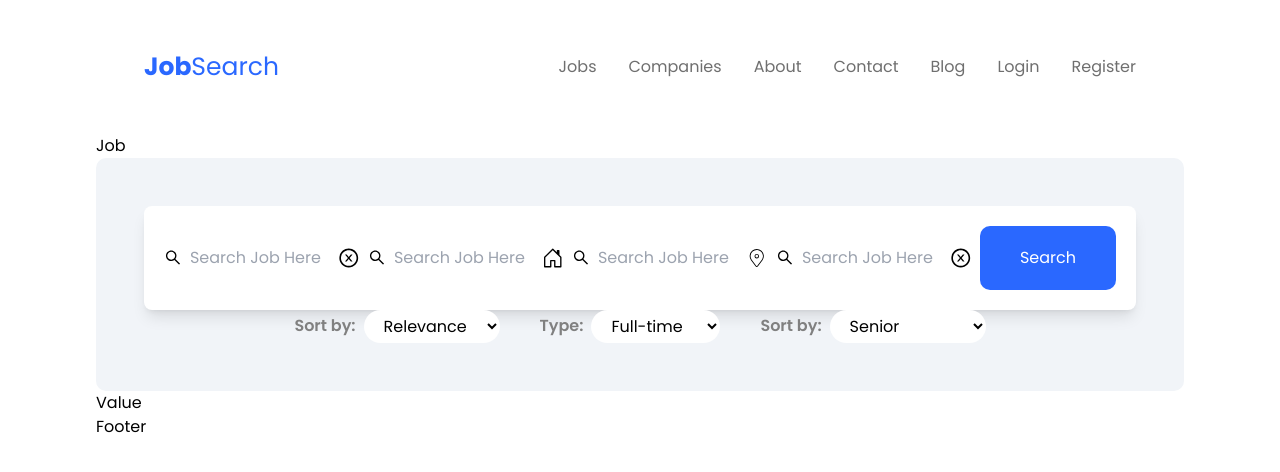
Repository: countaustin1990/Job-Search-website
Page: / (app in vite-project/)
An editor plug-in stored every save of this project. The page is shown before and after the next save, followed by the edit.
The browser window is 1280 px wide. The pictures show the whole page.
The project was rebuilt for these pictures with package versions that can differ from the ones it lists, and the page was loaded fresh each time. Also part of the build but not shown: vite-project/vite.config.js.

Above is the page before, as saved 2023-08-12 18:11:08.

### vite-project/index.html
<!doctype html>
<html lang="en">
  <head>
    <meta charset="UTF-8" />
    <link rel="icon" type="image/svg+xml" href="/vite.svg" />
    <meta name="viewport" content="width=device-width, initial-scale=1.0" />
    <title>Vite + React</title>
  </head>
  <body>
    <div id="root"></div>
    <script type="module" src="/src/main.jsx"></script>
  </body>
</html>

### vite-project/src/App.jsx
import NavBar from './components/NavBar'
import Job from './components/Job'
import Value from './components/Value'
import Search from './components/Search'
import Footer from './components/Footer'

const App = () => {
  return(
    <div className='w-[85%] m-auto bg-white'>
      <NavBar/>
      <Job/>
      <Search/>
      <Value/>
      <Footer/>
    </div>
  )
}



export default App

### vite-project/src/index.css
@import url("https://fonts.googleapis.com/css2?family=Poppins:wght@200;300;400;500;600;700;800;900&display=swap");

@tailwind base;
@tailwind components;
@tailwind utilities;

:root{
  font-family: 'Poppins', sans-serif;
}

body{
  background: white;
}

li{
  list-style: none;
  cursor: pointer;
  position: relative;
}

li:hover::before{
  position: absolute;
  content: '';
  height: 4px;
  width: 100%;
  background: #2a68ff;
  right: 0;
  bottom: -10px;
  color: #2a68ff;
}

.icon{
  cursor: pointer;
}

.card{
  background: #000;
}

### vite-project/src/components/NavBar.jsx


const NavBar = () => {
    return(
        <div className='navBar flex justify-between items-center p-[3rem]'>
            <div className="logoDiv">
                <h1 className='logo text-[25px] text-blueColor'>
                    <strong>Job</strong>Search
                </h1>
            </div>

            <div className="menu flex gap-8">
                <li className="menuList text-[#6f6f6f] hover:text-blueColor">Jobs</li>
                <li className="menuList text-[#6f6f6f] hover:text-blueColor">Companies</li>
                <li className="menuList text-[#6f6f6f] hover:text-blueColor">About</li>
                <li className="menuList text-[#6f6f6f] hover:text-blueColor">Contact</li>
                <li className="menuList text-[#6f6f6f] hover:text-blueColor">Blog</li>
                <li className="menuList text-[#6f6f6f] hover:text-blueColor">Login</li>
                <li className="menuList text-[#6f6f6f] hover:text-blueColor">Register</li>
            </div>

        </div>
    )
}

export default NavBar

### vite-project/src/components/Job.jsx


 const Job = () => {
    return(
        <div>Job</div>
    )
 }

 export default Job

### vite-project/src/components/Value.jsx


const Value = () => {
    return(
        <div>Value</div>
    )
}

export default Value

### vite-project/src/components/Search.jsx
import { AiOutlineCloseCircle, AiOutlineSearch,  } from 'react-icons/ai'
import { BsHouseDoor } from 'react-icons/bs'
import { CiLocationOn } from 'react-icons/ci'


const Search = () => {
    return(
        <div className='SearchDiv grid gp-10 bg-greyIsh rounded-[10px] p-[3rem]'>
            <form action=''>
                <div className='firstDiv flex justified-between items-center rounded-[8px] gap-[10px] bg-white p-5 shadow-lg shadow-greyIsh-700'>
                    <div className='flex gap-2 items-center'>
                       <div className="flex gap-2 items-center">
                            <AiOutlineSearch className='text-[25px] icon'/>
                                <input type="text" className='bg-transparent text-blue-500 focus:outline-none w-[100%]' placeholder='Search Job Here'/>
                                    <AiOutlineCloseCircle className='text-[30px] text-[#a5a6a6 hover:text-textColor icon'/>
                        </div>


                       <div className="flex gap-2 items-center">
                            <AiOutlineSearch className='text-[25px] icon'/>
                                <input type="text" className='bg-transparent text-blue-500 focus:outline-none w-[100%]' placeholder='Search Job Here'/>
                                    <BsHouseDoor className='text-[30px] text-[#a5a6a6 hover:text-textColor icon'/>
                        </div>

                        <div className="flex gap-2 items-center">
                            <AiOutlineSearch className='text-[25px] icon'/>
                                <input type="text" className='bg-transparent text-blue-500 focus:outline-none w-[100%]' placeholder='Search Job Here'/>
                                    <CiLocationOn className='text-[30px] text-[#a5a6a6 hover:text-textColor icon'/>
                        </div>

                        <div className="flex gap-2 items-center">
                            <AiOutlineSearch className='text-[25px] icon'/>
                                <input type="text" className='bg-transparent text-blue-500 focus:outline-none w-[100%]' placeholder='Search Job Here'/>
                                    <AiOutlineCloseCircle className='text-[30px] text-[#a5a6a6 hover:text-textColor icon'/>
                        </div>

                        <button className='bg-blueColor h-full p-5 px-10 rounded-[10px] text-white cursor-pointer hover:bg-blue-300'>
                            Search
                        </button>
                    </div>
                </div>
            </form>

            <div className='secDiv flex items-center gap-10 justify-center'>
                <div className='singleSearch flex items-center gap-2'>
                    <label htmlFor='relevance' className='text-[#808080] font-semibold'>
                        Sort by:
                    </label>

                    <select name='' id='relevance' className='bg-white rounded-[34px] px-4 py-1'>
                        <option value=''>Relevance</option>
                        <option value=''>Inclusive</option>
                        <option value=''>Start with</option>
                        <option value=''>Contains</option>
                    </select>
                </div>

                <div className='singleSearch flex items-center gap-2'>
                    <label htmlFor='type' className='text-[#808080] font-semibold'>
                        Type:
                    </label>

                    <select name='' id='type' className='bg-white rounded-[34px] px-4 py-1'>
                        <option value=''>Full-time</option>
                        <option value=''>Remote</option>
                        <option value=''>Contract</option>
                        <option value=''>Part-time</option>
                    </select>
                </div>

                <div className='singleSearch flex items-center gap-2'>
                    <label htmlFor='level' className='text-[#808080] font-semibold'>
                        Sort by:
                    </label>

                    <select name='' id='level' className='bg-white rounded-[34px] px-4 py-1'>
                        <option value=''>Senior</option>
                        <option value=''>Intermediate</option>
                        <option value=''>Beginner</option>
                        <option value=''>Advocate</option>
                    </select>
                </div>


            </div>
        </div>
    )
}

export default Search

### vite-project/src/components/Footer.jsx


const Footer = () => {
    return(
        <div>Footer</div>
    )
}

export default Footer

### vite-project/tailwind.config.js
/** @type {import('tailwind').Config} */
export default {
  content: [
    "./index.html",
    "./src/**/*.{js,jsx}",
  ],
  theme: {
    extend: {
      colors: {
      'blueColor': '#2a68ff',
      'greyIsh': '#f1f4f8',
      'cardShadow': '#f7f8f9',
      'textColor': '#252b36',
      }
    },
  },
  plugins: [],
}

Loaded but not shown: vite-project/src/main.jsx (common file)

After the next save:
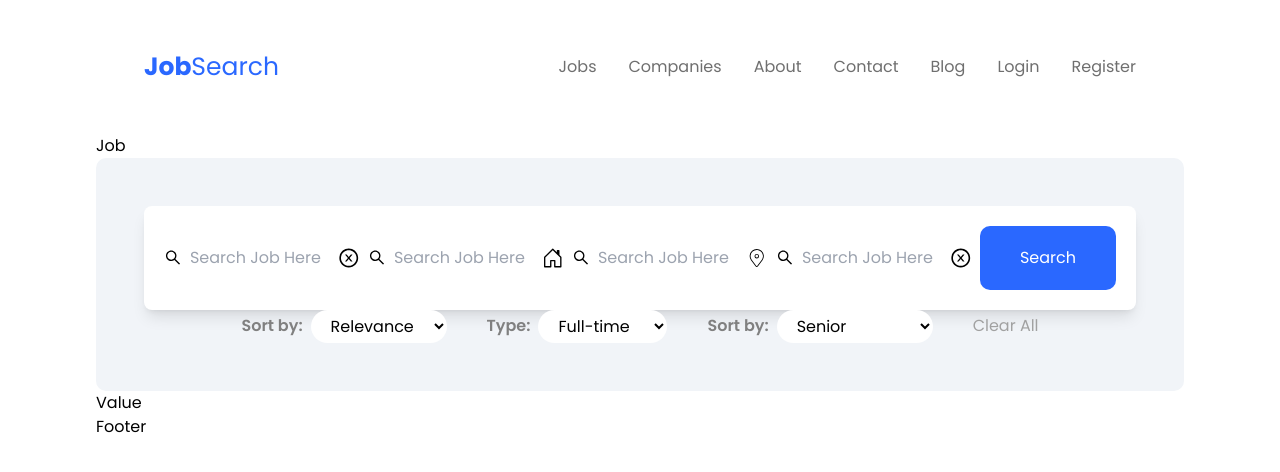
Saved 2 min 7 s later.
--- a/vite-project/src/components/Search.jsx
+++ b/vite-project/src/components/Search.jsx
@@ -81,6 +81,9 @@ const Search = () => {
                     </select>
                 </div>
 
+                <span className='text-[#a1a1a1] cursor-pointer'>
+                    Clear All
+                </span>
 
             </div>
         </div>
